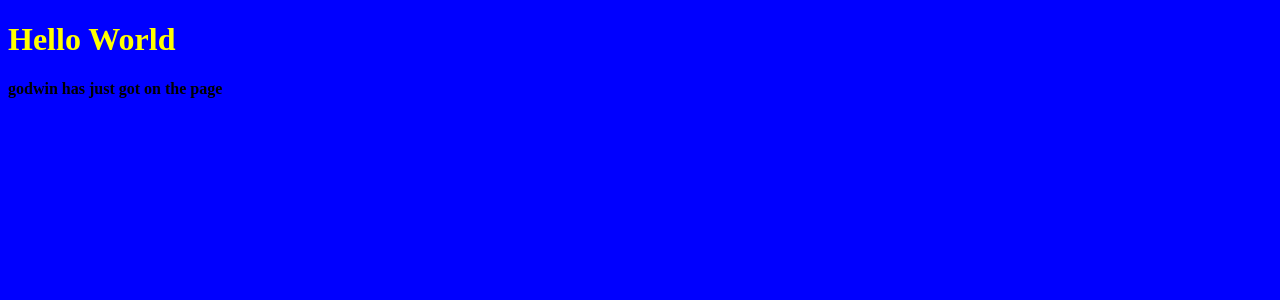
Repository: GodwinYeboah1/Java-Assignment-
Page: SpringIntro/springProjects/controllerpractice/src/main/resources/static/index.html
An editor plug-in stored every save of this project. The page is shown before and after the next save, followed by the edit.
The browser window is 1280 px wide. The pictures show the whole page.

Above is the page before, as saved 2018-03-09 20:01:09.

After the next save:
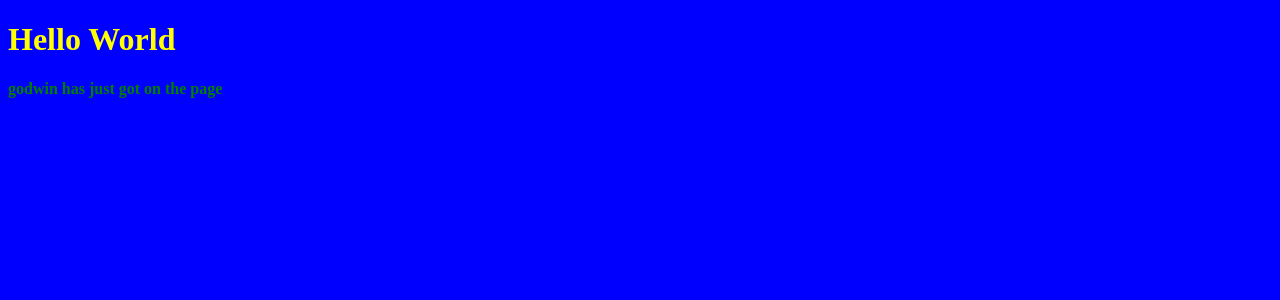
Saved 36 s later.
--- a/SpringIntro/springProjects/controllerpractice/src/main/resources/static/css/style.css
+++ b/SpringIntro/springProjects/controllerpractice/src/main/resources/static/css/style.css
@@ -1,5 +1,11 @@
 h1 {
       color: yellow;
+}
+h3{
+	color:red;
+}
+h4{
+	color:green;
 }
 body{
 	background:blue;
